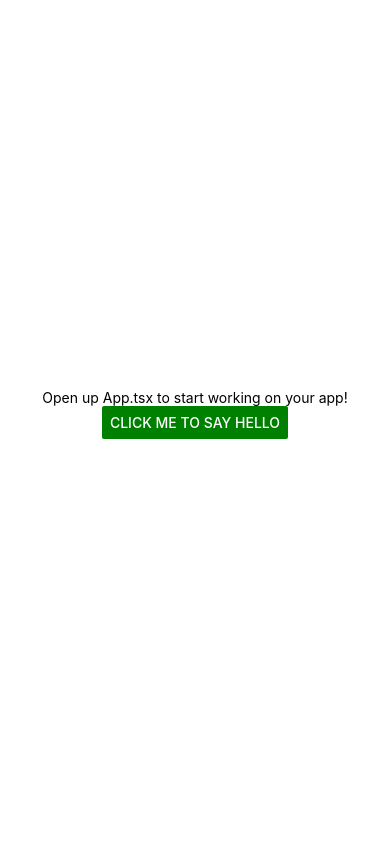
Repository: duongnoob23/WIND_SPEED_IOT
Screen: /Home
The author's editor kept a copy of each file at every save. The screen is drawn from the files as they stood at one save, then again after the next save.
The app was drawn by React Native's web renderer in a window 390 px wide. The project was rebuilt for these pictures with package versions that can differ from the ones it lists, and the page was loaded fresh each time.

Above is the screen before, as saved 2025-03-10 15:20:19.

After the next save:
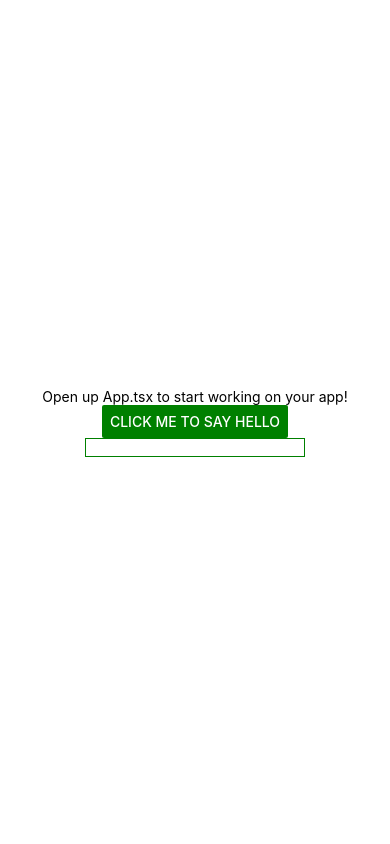
Saved 8 s later.
--- a/App.tsx
+++ b/App.tsx
@@ -18,7 +18,7 @@ export default function App() {
         onPress={handleIncrease}
         color="green"
       />
-      <TextInput />
+      <TextInput style={css.border} />
     </View>
   );
 }
